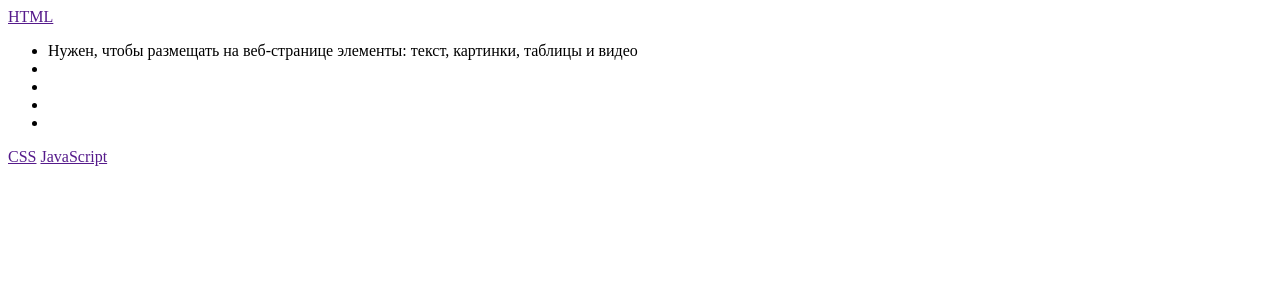
Repository: JonniRed/urban
Page: task1/second_page.html
These files come from the project's save history. The page is drawn as it stood at one moment and after the next save; the edit follows.
The browser window is 1280 px wide. The pictures show the whole page.

Above is the page before, as saved 2024-09-10 10:41:29.

After the next save:
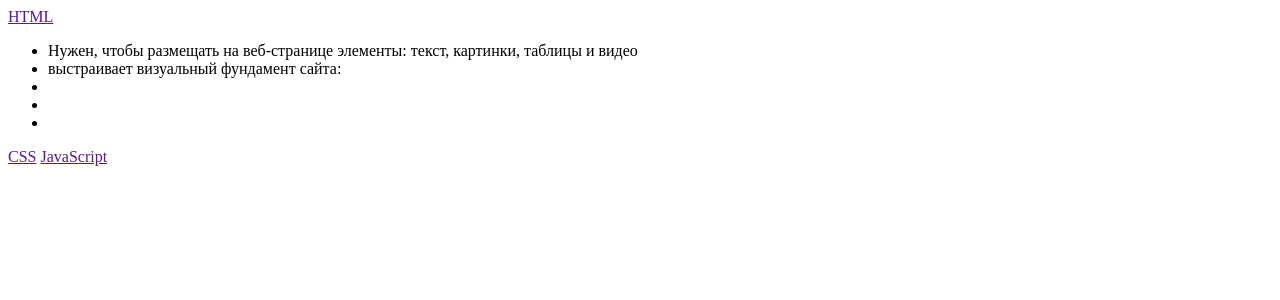
Saved 16 s later.
--- a/task1/second_page.html
+++ b/task1/second_page.html
@@ -13,7 +13,7 @@
       <a href="">HTML</a>
       <ul>
         <li>Нужен, чтобы размещать на веб-странице элементы: текст, картинки, таблицы и видео</li>
-        <li></li>
+        <li>выстраивает визуальный фундамент сайта: </li>
         <li></li>
         <li></li>
         <li></li>
